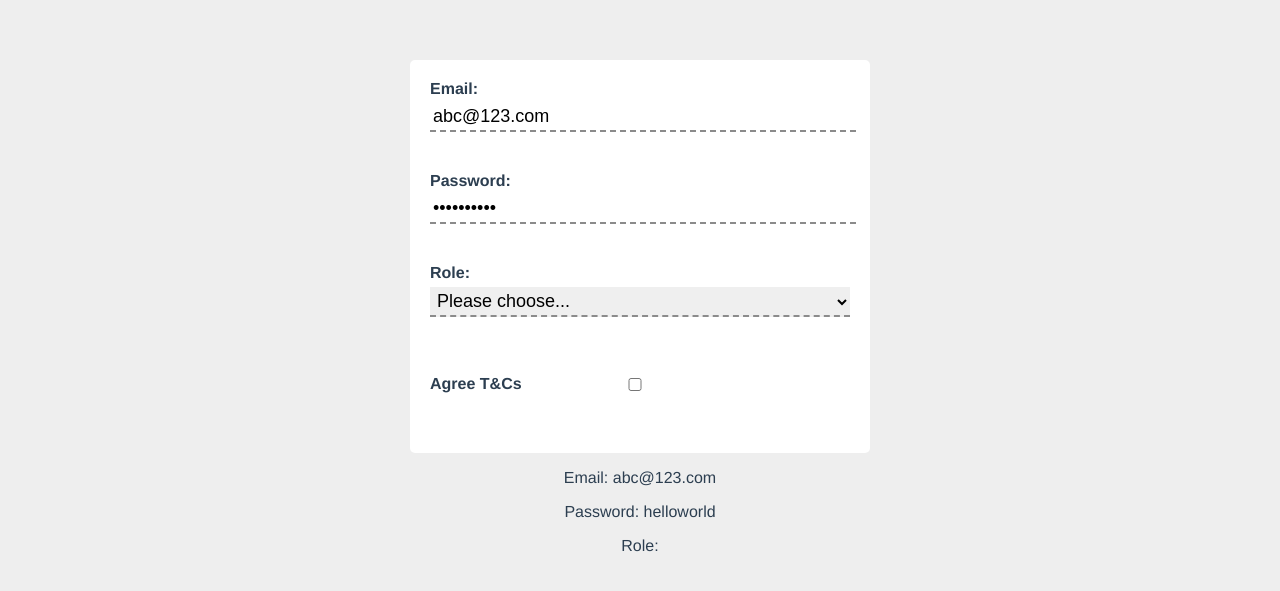
Repository: technogize/vue-forms
Page: /
An editor plug-in stored every save of this project. The page is shown before and after a run of saves, followed by the edit.
The browser window is 1280 px wide. The pictures show the whole page.
The project was rebuilt for these pictures with package versions that can differ from the ones it lists, and the page was loaded fresh each time.

Above is the page before, as saved 2021-02-26 14:30:35.

After the next 2 saves:
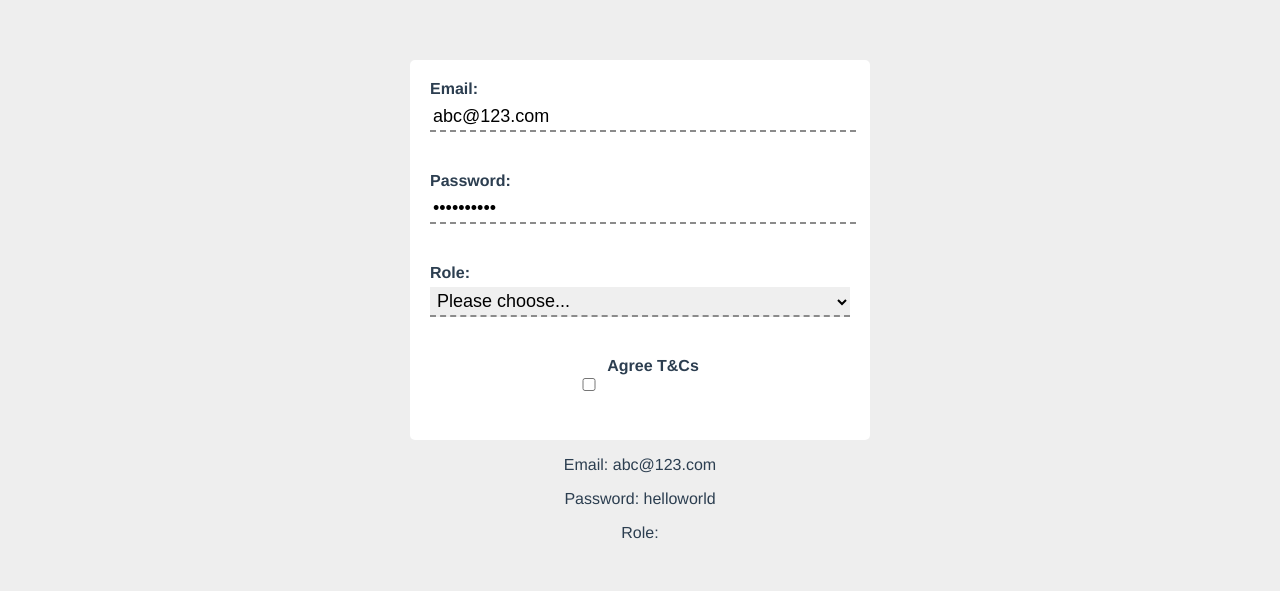
The 2 saves are shown as one change because they came seconds apart.
The last was saved 54 s later.
--- a/src/components/SignupForm.vue
+++ b/src/components/SignupForm.vue
@@ -21,7 +21,7 @@
         <option value="Developer">Web Developer</option>
       </select>
     </div>
-    <div class="field">
+    <div class="field checkboxField">
       <input type="checkbox" required />
       <label>Agree T&amp;Cs</label>
     </div>
@@ -83,6 +83,10 @@ export default {
     top: 20px;
   }
 
+  .checkboxField label {
+    display: inline-block;
+  }
+
   .field {
     margin-bottom: 40px;
   }
